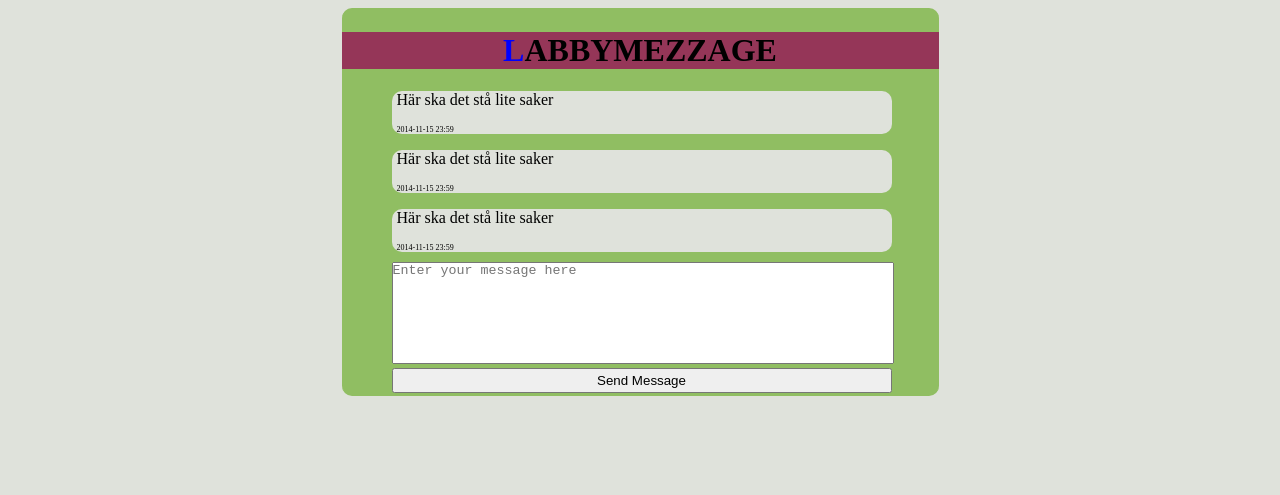
Repository: vr222bt/1dv403-laborationer
Page: 2-labbymezzage/index.html
The author's editor kept a record of every edit. The page is drawn from the files as they stood at one moment, then again after the next edit.
The browser window is 1280 px wide. The pictures show the whole page.

Above is the page before.

### 2-labbymezzage/index.html
<!doctype html>
<html lang="sv">
    <head>
        <link rel="stylesheet" href="style.css" />
        <meta charset="utf-8" />
        <title>Labbymezzage</title>
    </head>
    <body>
        <div id="container">
            <header>
                <h1>Labbymezzage</h1>
            </header>
            <main>
                <div id="messages">
                    <div class="message">
                        <p>Här ska det stå lite saker</p>
                        <footer>
                            <p>2014-11-15 23:59</p>
                        </footer>
                    </div>
                    <div class="message">
                        <p>Här ska det stå lite saker</p>
                        <footer>
                            <p>2014-11-15 23:59</p>
                        </footer>
                    </div>
                    <div class="message">
                        <p>Här ska det stå lite saker</p>
                        <footer>
                            <p>2014-11-15 23:59</p>
                        </footer>
                    </div>
                </div>
                <form>
                    <textarea id="text" placeholder="Enter your message here"></textarea>
                    <input type="submit"id="button" value="Send Message">
                </form>
            </main>


        </div>
        <script type="text/javascript" src="message.js" ></script>
        <script type="text/javascript" src="run.js" ></script>
    </body>
</html>

### 2-labbymezzage/style.css
body
    {
        background-color: #DFE2DB;
    }
#container
    {
        max-width: 597px;
        border-style: solid;
        border-width: 3px;
        border-color: #90BE62;
        border-radius: 10px ;
        border-left-width: 0px;
        border-right-width: 0px;
        margin-right: auto;
        margin-left: auto;
        background-color: #90BE62;

    }

#text
    {
        width: 500px;
        height: 100px;
        margin-left: 50px;
        margin-right: 50px;
        resize: none;
        padding: 0;
    }

#button
    {
        width: 500px;
        height: 25px;
        margin-left: 50px;
        margin-right: 50px;

    }

h1
    {
        text-align: center;
        text-transform: uppercase;
        background-color: #953658;
    }

h1:first-letter
    {
        color: blue;
    }

.message
    {
        width: 500px;
        margin-left: 50px;
        margin-right: 50px;
        margin-top: 10px;
        margin-bottom: 10px;
        border-radius: 10px;
        background-color: #DFE2DB ;
    }

.message p
    {
        padding-left: 5px;
    }

.message footer
    {
        text-align: left;
        padding-right: 5px;
        font-size: 50%
    }

### 2-labbymezzage/message.js
"use strict";

function Message(message, date){

    this.getText = function() {
        return message;
    };
    this.setText = function(_text) {
        message = _text;
    };
    this.getDate = function() {
        return date;
    };
    this.setDate = function(_date) {
        date = _date;
    };
}

Message.prototype.toString = function(){
    return this.getText()+" ("+this.getDate()+")";
};

Message.prototype.getHTMLText = function(){
    return this.getText().replace("\n","<br />");
};

### 2-labbymezzage/run.js
"use strict";

var messageBoard = {

    messages: [],
    init:  function(e){
        /*
        var message1 = new Message("test1", new Date());
        var message2 = new Message("test2", new Date());
        messageBoard.messages.push(message1, message2);
        alert(messageBoard.messages[1].getText());
        alert(message1.getText());
        alert(message2.getText());
        alert(message2.getDate());
        */


    }
};

window.onload = messageBoard.init;

After the next edit:
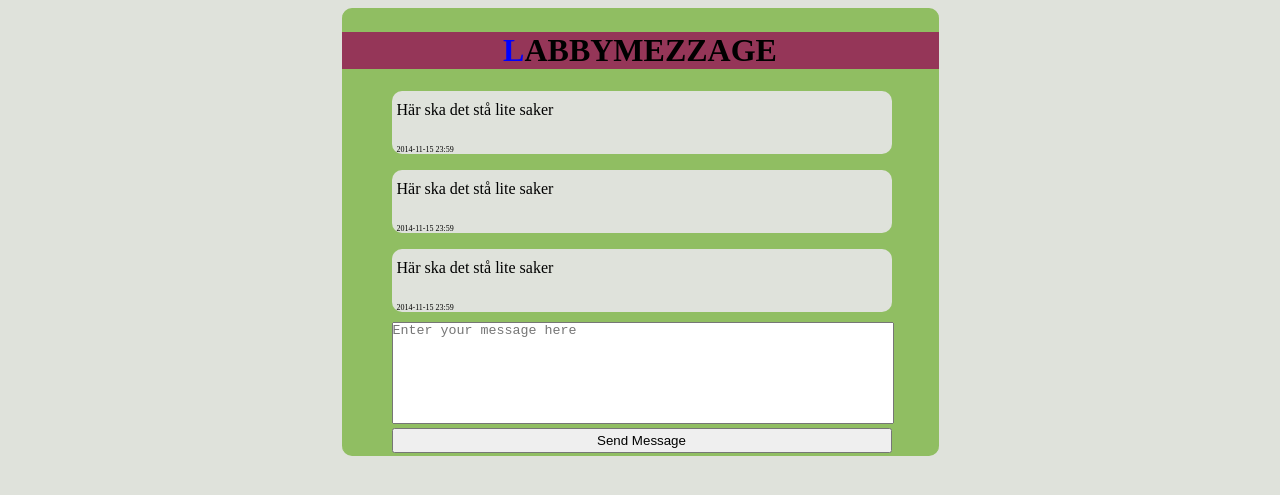
The edit:
--- a/2-labbymezzage/style.css
+++ b/2-labbymezzage/style.css
@@ -61,6 +61,7 @@
 
 .message p
     {
+        padding-top: 10px;
         padding-left: 5px;
     }
 
